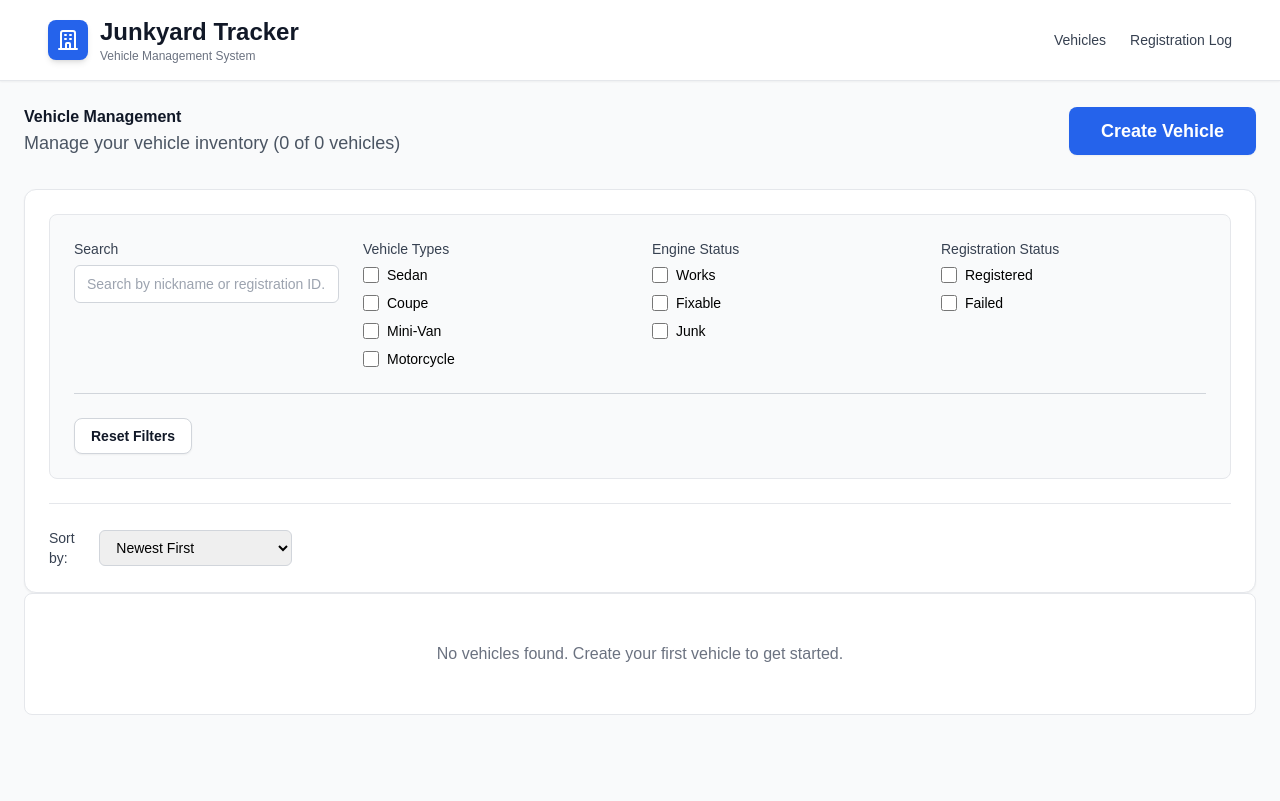
Repository: atomek88/vehicle-store
Page: /vehicles
An editor plug-in stored every save of this project. The page is shown before and after the next save, followed by the edit.
The browser window is 1280 px wide. The pictures show the whole page.
The project was rebuilt for these pictures with package versions that can differ from the ones it lists, and the page was loaded fresh each time. The framework's server and built-in components were replaced by stand-ins that run in the browser. Also part of the build but not shown: next.config.ts, src/components/ui/Badge.tsx, src/components/vehicle/SedanFields.tsx, src/components/vehicle/CoupeFields.tsx, src/components/vehicle/MiniVanFields.tsx, src/components/vehicle/MotorcycleFields.tsx, src/components/vehicle/VehicleForm.tsx, src/components/ui/ConfirmDialog.tsx.

Above is the page before, as saved 2026-01-21 00:37:09.

### app/layout.tsx
import type { Metadata } from "next";
import { Geist, Geist_Mono } from "next/font/google";
import "./globals.css";
import { ToastProvider } from "@/hooks/use-toast";
import { VehicleProvider } from "@/hooks/use-vehicles";
import { ToastContainer } from "@/components/ui/Toast";
import { Header } from "@/components/layout/Header";

const geistSans = Geist({
  variable: "--font-geist-sans",
  subsets: ["latin"],
});

const geistMono = Geist_Mono({
  variable: "--font-geist-mono",
  subsets: ["latin"],
});

export const metadata: Metadata = {
  title: "Vehicle Management System",
  description: "Manage your vehicle inventory",
};

export default function RootLayout({
  children,
}: Readonly<{
  children: React.ReactNode;
}>) {
  return (
    <html lang="en">
      <body
        className={`${geistSans.variable} ${geistMono.variable} antialiased`}
        suppressHydrationWarning
      >
        <VehicleProvider>
          <ToastProvider>
            <Header />
            {children}
            <ToastContainer />
          </ToastProvider>
        </VehicleProvider>
      </body>
    </html>
  );
}

### app/globals.css
@tailwind base;
@tailwind components;
@tailwind utilities;

@layer base {
  :root {
    --background: 0 0% 100%;
    --foreground: 222.2 84% 4.9%;
  }

  body {
    background: #f9fafb;
    color: var(--foreground);
    font-family: Arial, Helvetica, sans-serif;
    min-height: 100vh;
  }

  /* Enhanced focus indicators for accessibility */
  *:focus-visible {
    outline: 3px solid #3b82f6;
    outline-offset: 2px;
    border-radius: 4px;
  }

  /* Ensure buttons and links have visible focus */
  button:focus-visible,
  a:focus-visible,
  input:focus-visible,
  select:focus-visible,
  textarea:focus-visible {
    outline: 3px solid #3b82f6;
    outline-offset: 2px;
  }
}

@layer components {
  /* Enhanced card styling */
  .card {
    @apply rounded-xl border border-gray-200 bg-white shadow-sm transition-shadow hover:shadow-md;
  }

  /* Enhanced button styling */
  .btn-primary {
    @apply rounded-lg px-6 py-3 font-semibold shadow-sm transition-all hover:shadow-md;
  }

  /* Better spacing utilities */
  .section-spacing {
    @apply space-y-6;
  }
}

### src/hooks/use-toast.tsx
'use client';

import { createContext, useContext, useState, useCallback } from 'react';

// ═══════════════════════════════════════════════════════════════════════════
// TYPES
// ═══════════════════════════════════════════════════════════════════════════

export type ToastType = 'success' | 'error' | 'info' | 'warning';

export interface Toast {
  id: string;
  type: ToastType;
  message: string;
  duration?: number;
}

interface ToastContextValue {
  toasts: Toast[];
  showToast: (type: ToastType, message: string, duration?: number) => void;
  dismissToast: (id: string) => void;
}

// ═══════════════════════════════════════════════════════════════════════════
// CONTEXT
// ═══════════════════════════════════════════════════════════════════════════

const ToastContext = createContext<ToastContextValue | null>(null);

// ═══════════════════════════════════════════════════════════════════════════
// PROVIDER
// ═══════════════════════════════════════════════════════════════════════════

export function ToastProvider({ children }: { children: React.ReactNode }) {
  const [toasts, setToasts] = useState<Toast[]>([]);

  const showToast = useCallback((type: ToastType, message: string, duration = 5000) => {
    const id = Math.random().toString(36).substring(2, 11);
    const toast: Toast = { id, type, message, duration };

    setToasts((prev) => [...prev, toast]);

    // Auto-dismiss after duration
    if (duration > 0) {
      setTimeout(() => {
        dismissToast(id);
      }, duration);
    }
  }, []);

  const dismissToast = useCallback((id: string) => {
    setToasts((prev) => prev.filter((toast) => toast.id !== id));
  }, []);

  const value: ToastContextValue = {
    toasts,
    showToast,
    dismissToast,
  };

  return <ToastContext.Provider value={value}>{children}</ToastContext.Provider>;
}

// ═══════════════════════════════════════════════════════════════════════════
// HOOK
// ═══════════════════════════════════════════════════════════════════════════

export function useToast() {
  const context = useContext(ToastContext);

  if (!context) {
    throw new Error('useToast must be used within a ToastProvider');
  }

  return context;
}

### src/components/ui/Toast.tsx
'use client';

import { useEffect } from 'react';
import { clsx } from 'clsx';
import { useToast, Toast as ToastType } from '@/hooks/use-toast';

export function ToastContainer() {
  const { toasts } = useToast();

  return (
    <div className="pointer-events-none fixed bottom-0 right-0 z-50 flex max-h-screen w-full flex-col-reverse gap-2 p-4 sm:max-w-md">
      {toasts.map((toast) => (
        <ToastItem key={toast.id} toast={toast} />
      ))}
    </div>
  );
}

function ToastItem({ toast }: { toast: ToastType }) {
  const { dismissToast } = useToast();

  useEffect(() => {
    if (toast.duration && toast.duration > 0) {
      const timer = setTimeout(() => {
        dismissToast(toast.id);
      }, toast.duration);

      return () => clearTimeout(timer);
    }
    return undefined;
  }, [toast.id, toast.duration, dismissToast]);

  return (
    <div
      role="alert"
      aria-live="assertive"
      aria-atomic="true"
      className={clsx(
        'pointer-events-auto relative flex w-full items-center justify-between gap-3 overflow-hidden rounded-lg border p-4 shadow-lg transition-all',
        {
          'border-green-200 bg-green-50': toast.type === 'success',
          'border-red-200 bg-red-50': toast.type === 'error',
          'border-yellow-200 bg-yellow-50': toast.type === 'warning',
          'border-blue-200 bg-blue-50': toast.type === 'info',
        }
      )}
    >
      <div className="flex-1">
        <p
          className={clsx('text-sm font-medium', {
            'text-green-900': toast.type === 'success',
            'text-red-900': toast.type === 'error',
            'text-yellow-900': toast.type === 'warning',
            'text-blue-900': toast.type === 'info',
          })}
        >
          {toast.message}
        </p>
      </div>
      <button
        onClick={() => dismissToast(toast.id)}
        className={clsx(
          'rounded-md p-1 transition-colors hover:bg-black/5',
          {
            'text-green-700': toast.type === 'success',
            'text-red-700': toast.type === 'error',
            'text-yellow-700': toast.type === 'warning',
            'text-blue-700': toast.type === 'info',
          }
        )}
        aria-label="Dismiss"
      >
        <svg
          xmlns="http://www.w3.org/2000/svg"
          width="16"
          height="16"
          viewBox="0 0 24 24"
          fill="none"
          stroke="currentColor"
          strokeWidth="2"
          strokeLinecap="round"
          strokeLinejoin="round"
        >
          <line x1="18" y1="6" x2="6" y2="18" />
          <line x1="6" y1="6" x2="18" y2="18" />
        </svg>
      </button>
    </div>
  );
}

### src/components/layout/Header.tsx
'use client';

import Link from 'next/link';

export function Header() {
  return (
    <header className="sticky top-0 z-40 border-b border-gray-200 bg-white shadow-sm">
      <div className="mx-auto max-w-7xl px-6 py-4 md:px-8 lg:px-12">
        <div className="flex items-center justify-between">
          <Link href="/vehicles" className="flex items-center gap-3 transition-opacity hover:opacity-80">
            <div className="flex h-10 w-10 items-center justify-center rounded-lg bg-blue-600 text-white shadow-md">
              <svg
                className="h-6 w-6"
                fill="none"
                stroke="currentColor"
                viewBox="0 0 24 24"
                xmlns="http://www.w3.org/2000/svg"
              >
                <path
                  strokeLinecap="round"
                  strokeLinejoin="round"
                  strokeWidth={2}
                  d="M19 21V5a2 2 0 00-2-2H7a2 2 0 00-2 2v16m14 0h2m-2 0h-5m-9 0H3m2 0h5M9 7h1m-1 4h1m4-4h1m-1 4h1m-5 10v-5a1 1 0 011-1h2a1 1 0 011 1v5m-4 0h4"
                />
              </svg>
            </div>
            <div>
              <h1 className="text-xl font-bold text-gray-900 md:text-2xl">Junkyard Tracker</h1>
              <p className="text-xs text-gray-500">Vehicle Management System</p>
            </div>
          </Link>

          <nav className="flex items-center gap-6">
            <Link
              href="/vehicles"
              className="text-sm font-medium text-gray-700 transition-colors hover:text-blue-600"
            >
              Vehicles
            </Link>
            <Link
              href="/registration-log"
              className="text-sm font-medium text-gray-700 transition-colors hover:text-blue-600"
            >
              Registration Log
            </Link>
          </nav>
        </div>
      </div>
    </header>
  );
}

### src/components/vehicle/FiltersBar.tsx
'use client';

import { VehicleFilters, VehicleType, EngineStatus } from '@/types';
import { Input } from '@/components/ui/Input';
import { Select } from '@/components/ui/Select';
import { Button } from '@/components/ui/Button';

interface FiltersBarProps {
  filters: VehicleFilters;
  onFiltersChange: (filters: Partial<VehicleFilters>) => void;
  onReset: () => void;
  onSeedData: () => void;
}

export function FiltersBar({ filters, onFiltersChange, onReset, onSeedData }: FiltersBarProps) {
  const vehicleTypes: VehicleType[] = ['sedan', 'coupe', 'mini-van', 'motorcycle'];
  const engineStatuses: EngineStatus[] = ['works', 'fixable', 'junk'];

  return (
    <div>
      <div className="grid gap-6 md:grid-cols-2 lg:grid-cols-4">
        <Input
          label="Search"
          placeholder="Search by nickname or registration ID..."
          value={filters.query}
          onChange={(e) => onFiltersChange({ query: e.target.value })}
        />

        <div>
          <label className="mb-1.5 block text-sm font-medium text-gray-700">Vehicle Types</label>
          <div className="space-y-2">
            {vehicleTypes.map((type) => (
              <label key={type} className="flex items-center gap-2">
                <input
                  type="checkbox"
                  checked={filters.types.includes(type)}
                  onChange={(e) => {
                    const newTypes = e.target.checked
                      ? [...filters.types, type]
                      : filters.types.filter((t) => t !== type);
                    onFiltersChange({ types: newTypes });
                  }}
                  className="h-4 w-4 rounded border-gray-300 text-blue-600 focus:ring-blue-500"
                />
                <span className="text-sm capitalize">{type}</span>
              </label>
            ))}
          </div>
        </div>

        <div>
          <label className="mb-1.5 block text-sm font-medium text-gray-700">Engine Status</label>
          <div className="space-y-2">
            {engineStatuses.map((status) => (
              <label key={status} className="flex items-center gap-2">
                <input
                  type="checkbox"
                  checked={filters.engineStatuses.includes(status)}
                  onChange={(e) => {
                    const newStatuses = e.target.checked
                      ? [...filters.engineStatuses, status]
                      : filters.engineStatuses.filter((s) => s !== status);
                    onFiltersChange({ engineStatuses: newStatuses });
                  }}
                  className="h-4 w-4 rounded border-gray-300 text-blue-600 focus:ring-blue-500"
                />
                <span className="text-sm capitalize">{status}</span>
              </label>
            ))}
          </div>
        </div>

        <div>
          <label className="mb-1.5 block text-sm font-medium text-gray-700">Registration Status</label>
          <div className="space-y-2">
            <label className="flex items-center gap-2">
              <input
                type="checkbox"
                checked={filters.registrationStatuses.includes('registered')}
                onChange={(e) => {
                  const newStatuses = e.target.checked
                    ? [...filters.registrationStatuses, 'registered' as const]
                    : filters.registrationStatuses.filter((s) => s !== 'registered');
                  onFiltersChange({ registrationStatuses: newStatuses });
                }}
                className="h-4 w-4 rounded border-gray-300 text-blue-600 focus:ring-blue-500"
              />
              <span className="text-sm">Registered</span>
            </label>
            <label className="flex items-center gap-2">
              <input
                type="checkbox"
                checked={filters.registrationStatuses.includes('failed')}
                onChange={(e) => {
                  const newStatuses = e.target.checked
                    ? [...filters.registrationStatuses, 'failed' as const]
                    : filters.registrationStatuses.filter((s) => s !== 'failed');
                  onFiltersChange({ registrationStatuses: newStatuses });
                }}
                className="h-4 w-4 rounded border-gray-300 text-blue-600 focus:ring-blue-500"
              />
              <span className="text-sm">Failed</span>
            </label>
          </div>
        </div>
      </div>

      <div className="mt-6 flex justify-between border-t border-gray-300 pt-6">
        <Button variant="secondary" size="sm" onClick={onReset} className="shadow-sm">
          Reset Filters
        </Button>
      </div>
    </div>
  );
}

### src/components/ui/Button.tsx
import { ButtonHTMLAttributes, forwardRef } from 'react';
import { clsx } from 'clsx';

export interface ButtonProps extends ButtonHTMLAttributes<HTMLButtonElement> {
  variant?: 'primary' | 'secondary' | 'danger' | 'ghost';
  size?: 'sm' | 'md' | 'lg';
}

export const Button = forwardRef<HTMLButtonElement, ButtonProps>(
  ({ className, variant = 'primary', size = 'md', disabled, ...props }, ref) => {
    return (
      <button
        ref={ref}
        disabled={disabled}
        className={clsx(
          'inline-flex items-center justify-center rounded-lg font-semibold transition-all focus-visible:outline-none focus-visible:ring-2 focus-visible:ring-offset-2 disabled:pointer-events-none disabled:opacity-50',
          {
            'bg-blue-600 text-white shadow-sm hover:bg-blue-700 hover:shadow-md focus-visible:ring-blue-600':
              variant === 'primary',
            'border border-gray-300 bg-white text-gray-900 shadow-sm hover:bg-gray-50 hover:shadow-md focus-visible:ring-gray-500':
              variant === 'secondary',
            'bg-red-600 text-white shadow-sm hover:bg-red-700 hover:shadow-md focus-visible:ring-red-600':
              variant === 'danger',
            'bg-transparent text-gray-700 hover:bg-gray-100 focus-visible:ring-gray-500':
              variant === 'ghost',
          },
          {
            'h-11 px-5 py-2.5 text-base': size === 'md',
            'h-9 px-4 py-2 text-sm': size === 'sm',
            'h-12 px-8 py-3 text-lg': size === 'lg',
          },
          className
        )}
        {...props}
      />
    );
  }
);

Button.displayName = 'Button';

### src/components/ui/Select.tsx
import { SelectHTMLAttributes, forwardRef } from 'react';
import { clsx } from 'clsx';

export interface SelectOption {
  value: string;
  label: string;
}

export interface SelectProps extends SelectHTMLAttributes<HTMLSelectElement> {
  label?: string;
  error?: string | undefined;
  helperText?: string;
  options: SelectOption[];
  placeholder?: string;
}

export const Select = forwardRef<HTMLSelectElement, SelectProps>(
  ({ className, label, error, helperText, id, options, placeholder, ...props }, ref) => {
    const selectId = id || label?.toLowerCase().replace(/\s+/g, '-');

    return (
      <div className="w-full">
        {label && (
          <label
            htmlFor={selectId}
            className="mb-1.5 block text-sm font-medium text-gray-700"
          >
            {label}
          </label>
        )}
        <select
          ref={ref}
          id={selectId}
          className={clsx(
            'w-full rounded-md border px-3 py-2 text-sm transition-colors',
            'focus:outline-none focus:ring-2 focus:ring-offset-1',
            'disabled:cursor-not-allowed disabled:opacity-50',
            error
              ? 'border-red-500 focus:border-red-500 focus:ring-red-500'
              : 'border-gray-300 focus:border-blue-500 focus:ring-blue-500',
            className
          )}
          aria-invalid={error ? 'true' : 'false'}
          aria-describedby={error ? `${selectId}-error` : helperText ? `${selectId}-helper` : undefined}
          {...props}
        >
          {placeholder && (
            <option value="" disabled>
              {placeholder}
            </option>
          )}
          {options.map((option) => (
            <option key={option.value} value={option.value}>
              {option.label}
            </option>
          ))}
        </select>
        {error && (
          <p id={`${selectId}-error`} className="mt-1.5 text-sm text-red-600">
            {error}
          </p>
        )}
        {helperText && !error && (
          <p id={`${selectId}-helper`} className="mt-1.5 text-sm text-gray-500">
            {helperText}
          </p>
        )}
      </div>
    );
  }
);

Select.displayName = 'Select';

### src/components/ui/Input.tsx
import { InputHTMLAttributes, forwardRef } from 'react';
import { clsx } from 'clsx';

export interface InputProps extends InputHTMLAttributes<HTMLInputElement> {
  label?: string;
  error?: string | undefined;
  helperText?: string;
}

export const Input = forwardRef<HTMLInputElement, InputProps>(
  ({ className, label, error, helperText, id, ...props }, ref) => {
    const inputId = id || label?.toLowerCase().replace(/\s+/g, '-');

    return (
      <div className="w-full">
        {label && (
          <label
            htmlFor={inputId}
            className="mb-1.5 block text-sm font-medium text-gray-700"
          >
            {label}
          </label>
        )}
        <input
          ref={ref}
          id={inputId}
          className={clsx(
            'w-full rounded-md border px-3 py-2 text-sm transition-colors',
            'placeholder:text-gray-400',
            'focus:outline-none focus:ring-2 focus:ring-offset-1',
            'disabled:cursor-not-allowed disabled:opacity-50',
            error
              ? 'border-red-500 focus:border-red-500 focus:ring-red-500'
              : 'border-gray-300 focus:border-blue-500 focus:ring-blue-500',
            className
          )}
          aria-invalid={error ? 'true' : 'false'}
          aria-describedby={error ? `${inputId}-error` : helperText ? `${inputId}-helper` : undefined}
          {...props}
        />
        {error && (
          <p id={`${inputId}-error`} className="mt-1.5 text-sm text-red-600">
            {error}
          </p>
        )}
        {helperText && !error && (
          <p id={`${inputId}-helper`} className="mt-1.5 text-sm text-gray-500">
            {helperText}
          </p>
        )}
      </div>
    );
  }
);

Input.displayName = 'Input';

### src/lib/registration.ts
import { VehicleType, Registration } from '@/types';

// ═══════════════════════════════════════════════════════════════════════════
// REGISTRATION BUSINESS RULES
// ═══════════════════════════════════════════════════════════════════════════

/**
 * Business rules for vehicle registration:
 * - All vehicles register successfully when created
 * - Registration is immutable after creation
 */

interface RegistrationInput {
  type: VehicleType;
}

/**
 * Registers a vehicle and generates a unique registration ID.
 * Always returns a successful registration.
 */
export function attemptRegistration(input: RegistrationInput): Registration {
  const { type } = input;

  return {
    status: 'registered',
    registrationId: generateRegistrationId(type),
  };
}

/**
 * Generates a registration ID in the format: TYPE-XXXXX
 * where TYPE is the uppercase vehicle type and XXXXX is a random alphanumeric string.
 */
function generateRegistrationId(type: VehicleType): string {
  const prefix = type.toUpperCase().replace('-', '');
  const suffix = Math.random().toString(36).substring(2, 7).toUpperCase();
  return `${prefix}-${suffix}`;
}

/**
 * Checks if a registration represents a successful registration.
 */
export function isRegistered(registration: Registration): registration is { status: 'registered'; registrationId: string } {
  return registration.status === 'registered';
}

/**
 * Checks if a registration represents a failed registration.
 */
export function isFailed(registration: Registration): registration is { status: 'failed'; registrationError: string } {
  return registration.status === 'failed';
}

### src/lib/defaults.ts
import { VehicleType, EngineStatus, SeatStatus } from '@/types';

// ═══════════════════════════════════════════════════════════════════════════
// DEFAULT VALUES FOR VEHICLE FIELDS
// ═══════════════════════════════════════════════════════════════════════════

/**
 * Default engine status for all vehicles
 */
export const DEFAULT_ENGINE_STATUS: EngineStatus = 'works';

/**
 * Default seat status for motorcycles
 */
export const DEFAULT_SEAT_STATUS: SeatStatus = 'works';

/**
 * Default number of wheels based on vehicle type
 */
export function getDefaultWheels(type: VehicleType): 0 | 1 | 2 | 3 | 4 {
  switch (type) {
    case 'sedan':
    case 'coupe':
    case 'mini-van':
      return 4;
    case 'motorcycle':
      return 2;
    default:
      // Exhaustiveness check - TypeScript will error if we miss a case
      const _exhaustive: never = type;
      return _exhaustive;
  }
}

/**
 * Default number of doors based on vehicle type
 */
export function getDefaultDoors(type: VehicleType): 0 | 1 | 2 | 3 | 4 {
  switch (type) {
    case 'sedan':
    case 'mini-van':
      return 4;
    case 'coupe':
      return 2;
    case 'motorcycle':
      // Motorcycles don't have doors field, but TypeScript requires all cases
      return 0;
    default:
      const _exhaustive: never = type;
      return _exhaustive;
  }
}

/**
 * Default door configuration for mini-vans
 * Returns an array of door configs matching the number of doors
 */
export function getDefaultDoorConfig(doors: number): Array<{ sliding: boolean }> {
  return Array.from({ length: doors }, (_, index) => ({
    // First two doors are regular, rest are sliding
    sliding: index >= 2,
  }));
}

Loaded but not shown: tailwind.config.ts (common file); src/hooks/use-vehicles.tsx (307 lines, source omitted); src/lib/vehicle-service.ts (273 lines, source omitted); app/vehicles/page.tsx (213 lines, source omitted); src/validations/schemas.ts (199 lines, source omitted); src/components/vehicle/VehicleTable.tsx (113 lines, source omitted); src/lib/storage.ts (112 lines, source omitted)

After the next save:
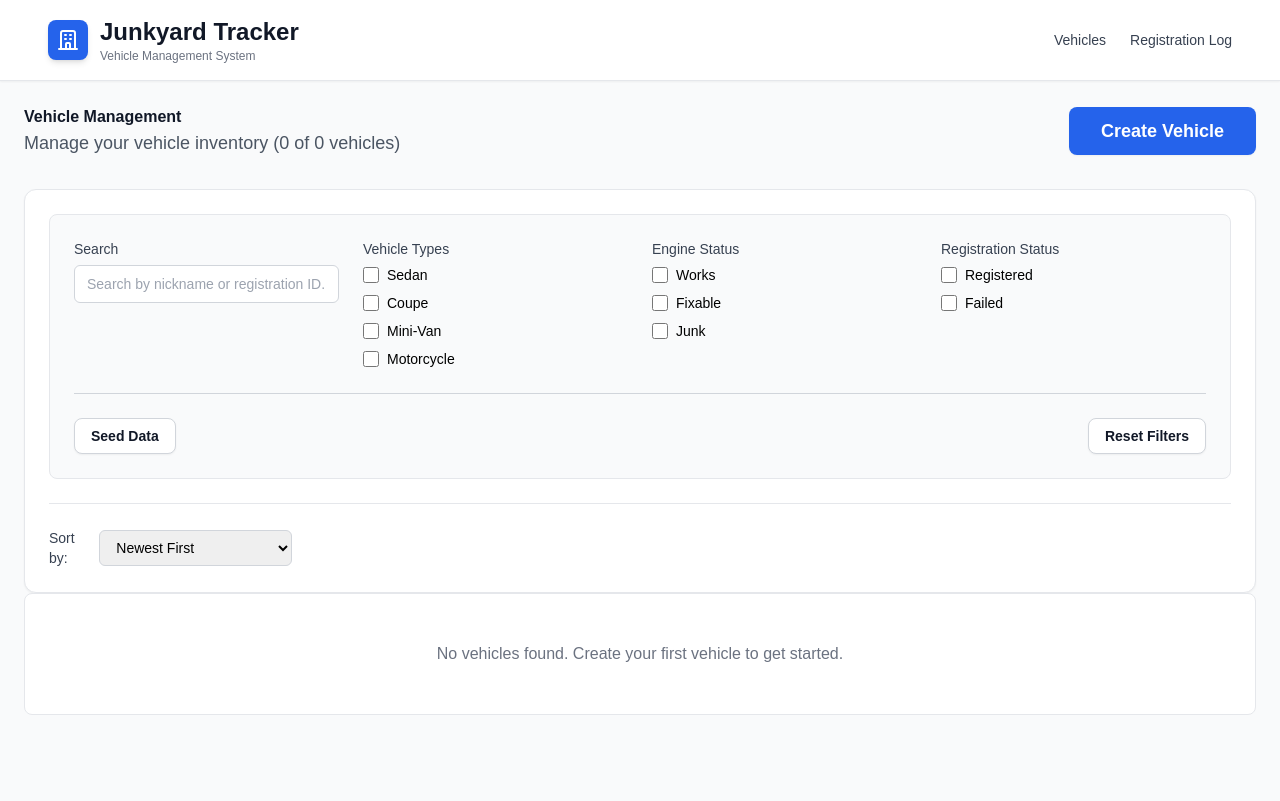
Saved 7 s later.
--- a/src/components/vehicle/FiltersBar.tsx
+++ b/src/components/vehicle/FiltersBar.tsx
@@ -106,6 +106,9 @@ export function FiltersBar({ filters, onFiltersChange, onReset, onSeedData }: Fi
       </div>
 
       <div className="mt-6 flex justify-between border-t border-gray-300 pt-6">
+        <Button variant="secondary" size="sm" onClick={onSeedData} className="shadow-sm">
+          Seed Data
+        </Button>
         <Button variant="secondary" size="sm" onClick={onReset} className="shadow-sm">
           Reset Filters
         </Button>
